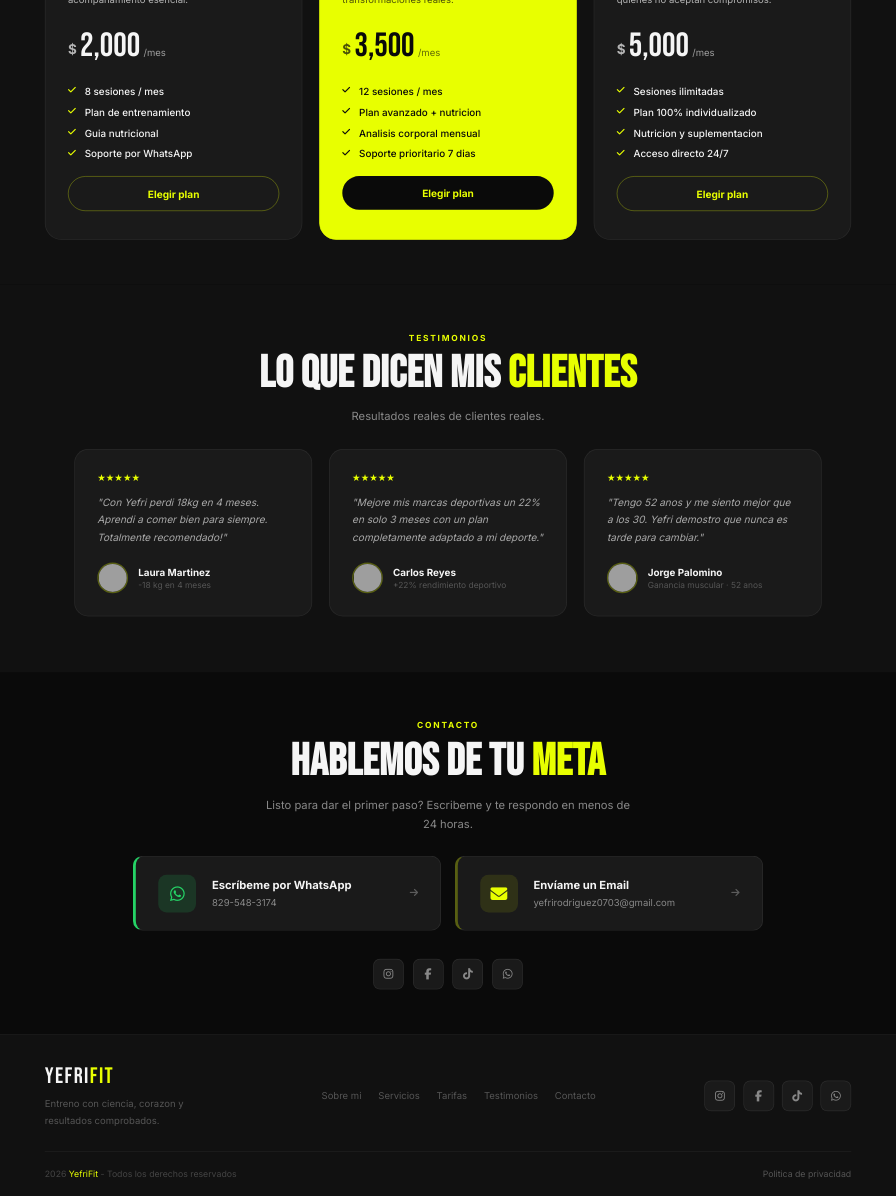
Repository: GravielPV/Yefri-Fit
Page: index.html
An editor plug-in stored every save of this project. The page is shown before and after the next save, followed by the edit.
The browser window is 1280 px wide. The pictures show the part of the page from y = 2761 to 4681 px (the page is 4470 px tall before and 4681 px after), at 70% of full size.
Pictures or frames that could not be fetched are drawn as grey boxes.

Above is the page before, as saved 2026-03-04 22:53:54.

After the next save:
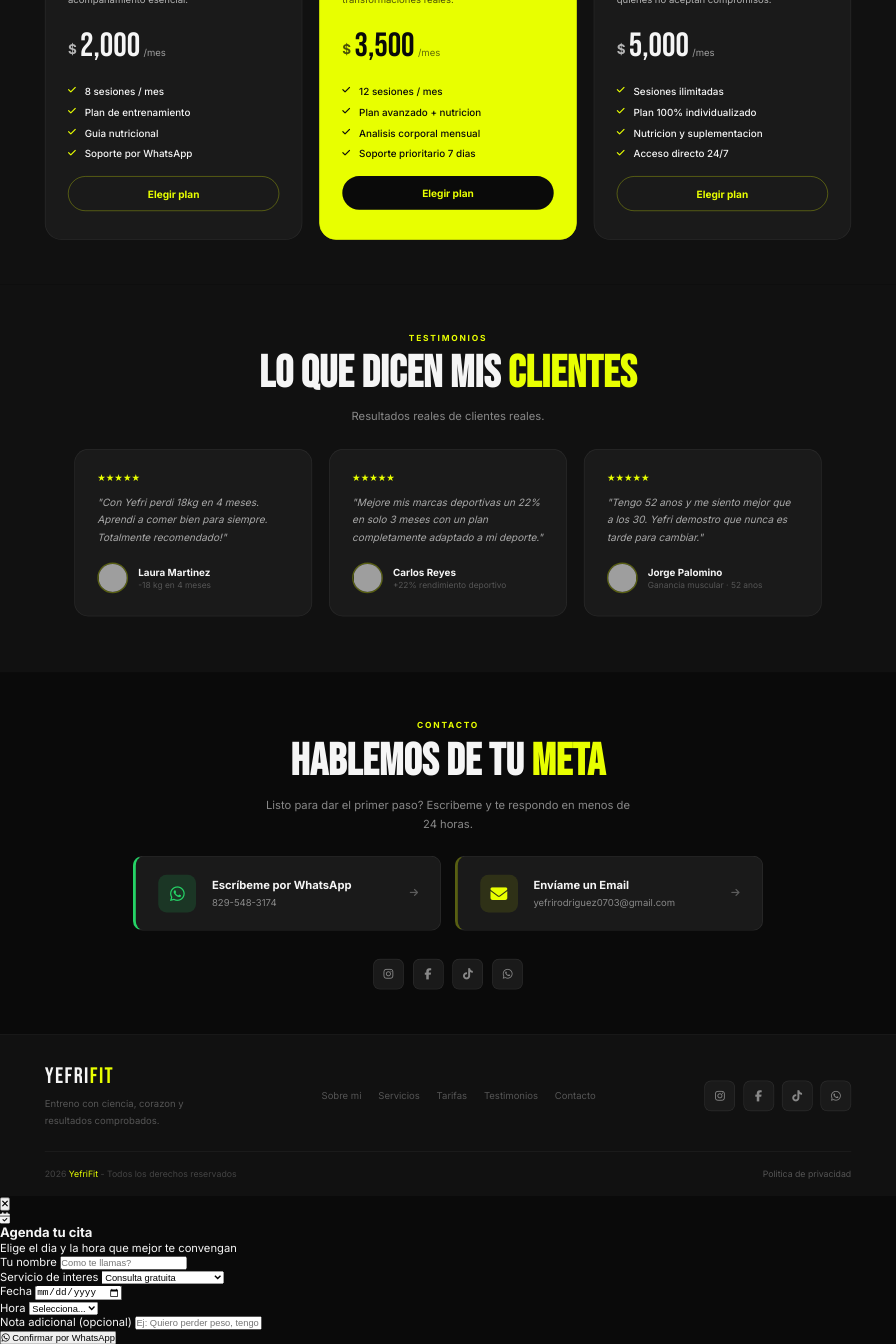
Saved 3 min 10 s later.
--- a/index.html
+++ b/index.html
@@ -104,7 +104,7 @@
             vendo promesas: entrego metodologia probada y la motivacion que
             necesitas para no rendirte.
           </p>
-          <a href="#contact" class="btn-primary btn-consult">
+          <a href="#" class="btn-primary btn-consult open-booking" data-service="Consulta gratuita">
             <i class="fa-solid fa-calendar-check"></i>Agendar consulta gratuita
           </a>
         </div>
@@ -187,7 +187,7 @@
             <li><i class="fa-solid fa-check"></i> Guia nutricional</li>
             <li><i class="fa-solid fa-check"></i> Soporte por WhatsApp</li>
           </ul>
-          <a href="#contact" class="btn-plan">Elegir plan</a>
+          <a href="#" class="btn-plan open-booking" data-service="Plan Basico">Elegir plan</a>
         </div>
         <!-- PREMIUM -->
         <div class="price-card featured">
@@ -210,7 +210,7 @@
               <i class="fa-solid fa-check"></i> Soporte prioritario 7 dias
             </li>
           </ul>
-          <a href="#contact" class="btn-plan">Elegir plan</a>
+          <a href="#" class="btn-plan open-booking" data-service="Plan Premium">Elegir plan</a>
         </div>
         <!-- ELITE -->
         <div class="price-card">
@@ -233,7 +233,7 @@
             </li>
             <li><i class="fa-solid fa-check"></i> Acceso directo 24/7</li>
           </ul>
-          <a href="#contact" class="btn-plan">Elegir plan</a>
+          <a href="#" class="btn-plan open-booking" data-service="Plan Elite">Elegir plan</a>
         </div>
       </div>
     </section>
@@ -416,6 +416,72 @@
       <i class="fa-brands fa-whatsapp"></i>
     </a>
 
+    <!-- BOOKING MODAL -->
+    <div class="booking-overlay" id="bookingOverlay">
+      <div class="booking-modal" id="bookingModal">
+        <button class="booking-close" id="bookingClose" aria-label="Cerrar">
+          <i class="fa-solid fa-xmark"></i>
+        </button>
+        <div class="booking-header">
+          <div class="booking-icon"><i class="fa-solid fa-calendar-check"></i></div>
+          <h3>Agenda tu cita</h3>
+          <p>Elige el dia y la hora que mejor te convengan</p>
+        </div>
+        <form class="booking-form" id="bookingForm" novalidate>
+          <div class="booking-field">
+            <label for="b-name">Tu nombre</label>
+            <input type="text" id="b-name" placeholder="Como te llamas?" required />
+          </div>
+          <div class="booking-field">
+            <label for="b-service">Servicio de interes</label>
+            <select id="b-service">
+              <option value="Consulta gratuita">Consulta gratuita</option>
+              <option value="Entrenamiento Presencial">Entrenamiento Presencial</option>
+              <option value="Entrenamiento Online">Entrenamiento Online</option>
+              <option value="Plan Nutricional">Plan Nutricional</option>
+              <option value="Entrenamiento en Grupos">Entrenamiento en Grupos</option>
+              <option value="Plan Basico">Plan Basico</option>
+              <option value="Plan Premium">Plan Premium</option>
+              <option value="Plan Elite">Plan Elite</option>
+            </select>
+          </div>
+          <div class="booking-row">
+            <div class="booking-field">
+              <label for="b-date">Fecha</label>
+              <input type="date" id="b-date" required />
+            </div>
+            <div class="booking-field">
+              <label for="b-time">Hora</label>
+              <select id="b-time" required>
+                <option value="">Selecciona...</option>
+                <option value="8:00 AM">8:00 AM</option>
+                <option value="9:00 AM">9:00 AM</option>
+                <option value="10:00 AM">10:00 AM</option>
+                <option value="11:00 AM">11:00 AM</option>
+                <option value="12:00 PM">12:00 PM</option>
+                <option value="1:00 PM">1:00 PM</option>
+                <option value="2:00 PM">2:00 PM</option>
+                <option value="3:00 PM">3:00 PM</option>
+                <option value="4:00 PM">4:00 PM</option>
+                <option value="5:00 PM">5:00 PM</option>
+                <option value="6:00 PM">6:00 PM</option>
+                <option value="7:00 PM">7:00 PM</option>
+                <option value="8:00 PM">8:00 PM</option>
+              </select>
+            </div>
+          </div>
+          <div class="booking-field" id="b-note-wrap">
+            <label for="b-note">Nota adicional <span>(opcional)</span></label>
+            <input type="text" id="b-note" placeholder="Ej: Quiero perder peso, tengo lesion en rodilla..." />
+          </div>
+          <button type="submit" class="booking-submit">
+            <i class="fa-brands fa-whatsapp"></i>
+            Confirmar por WhatsApp
+          </button>
+        </form>
+      </div>
+    </div>
+
     <!-- TOAST -->
     <div class="toast" id="toast" role="status" style="display: none">
       <i class="fa-solid fa-check"></i> Mensaje enviado con exito!
